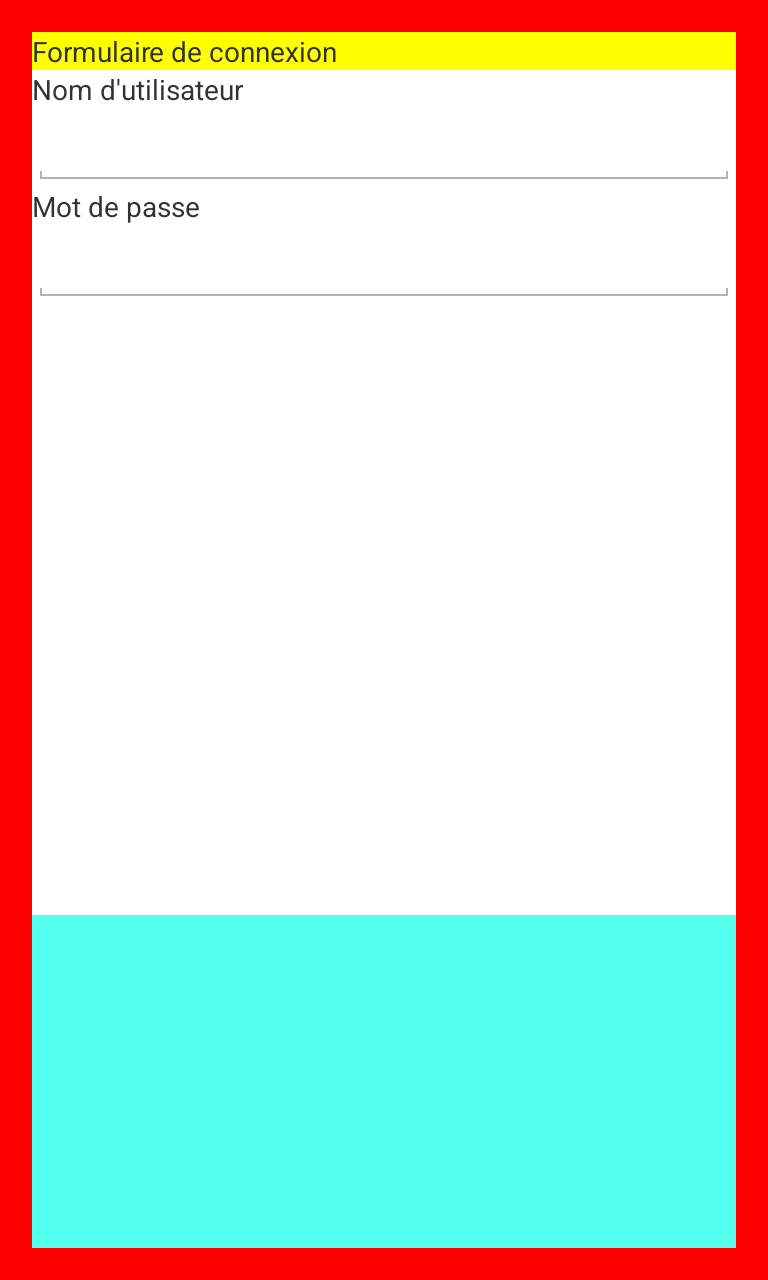
Repository: ablanchard/formation-android
Layout: ParlezVousAndroid/res/layout/fragment_main.xml
An editor plug-in stored every save of this project. The layout is shown before and after the next save, followed by the edit.
It is drawn on a 768 x 1280 px phone screen (xhdpi) without system bars, with theme AppTheme; the app's code is not run.

Above is the layout before, as saved 2014-04-29 09:08:45.

After the next save:
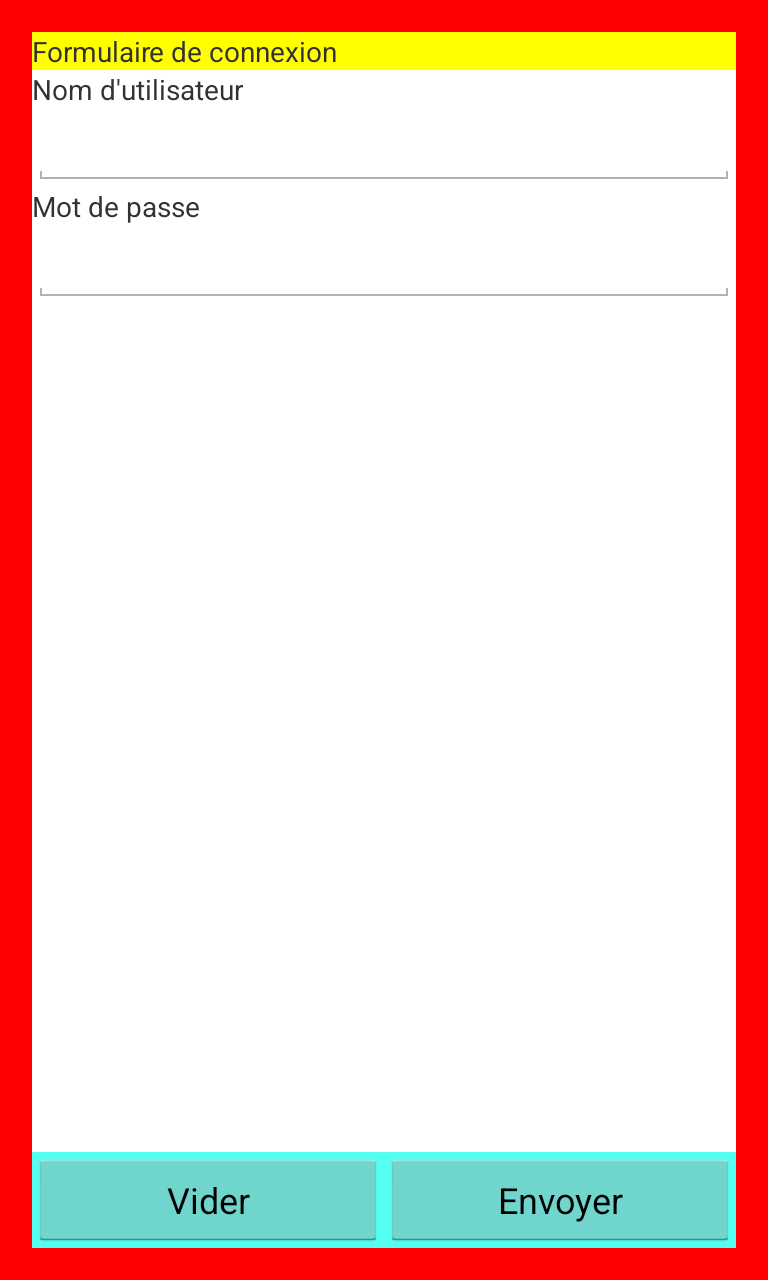
Saved 20 s later.
--- a/ParlezVousAndroid/res/layout/fragment_main.xml
+++ b/ParlezVousAndroid/res/layout/fragment_main.xml
@@ -71,14 +71,14 @@
 
         <Button
             android:layout_width="0dp"
-            android:layout_height="0.5"
+            android:layout_weight="0.5"
             android:layout_height="wrap_content"
             android:text="@string/button_empty" />
 
         <Button
 
             android:layout_width="0dp"
-            android:layout_height="0.5"
+            android:layout_weight="0.5"
             android:layout_height="wrap_content"
             android:text="@string/button_validate" />
     </LinearLayout>
